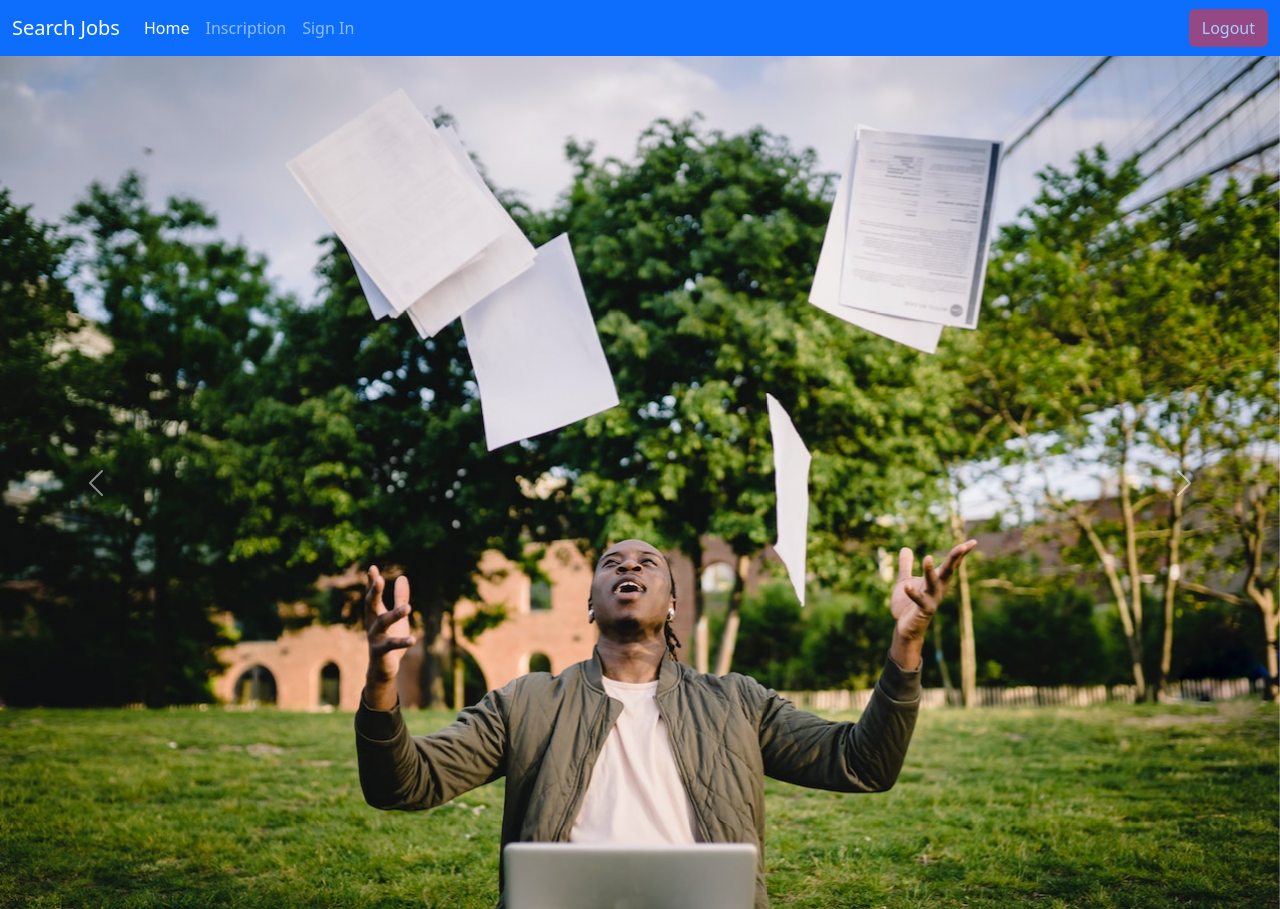
Repository: moAllElite/Examen-EJB-WEB-EAR
Page: http://localhost/SearchJobsWeb/
An editor plug-in stored every save of this project. The page is shown before and after the next save, followed by the edit.
The browser window is 1280 px wide. The pictures show the whole page.
The page is served by Tomcat 9. Nobody is signed in. The application's start-up code is not run.

Above is the page before, as saved 2023-03-21 20:45:46.

After the next save:
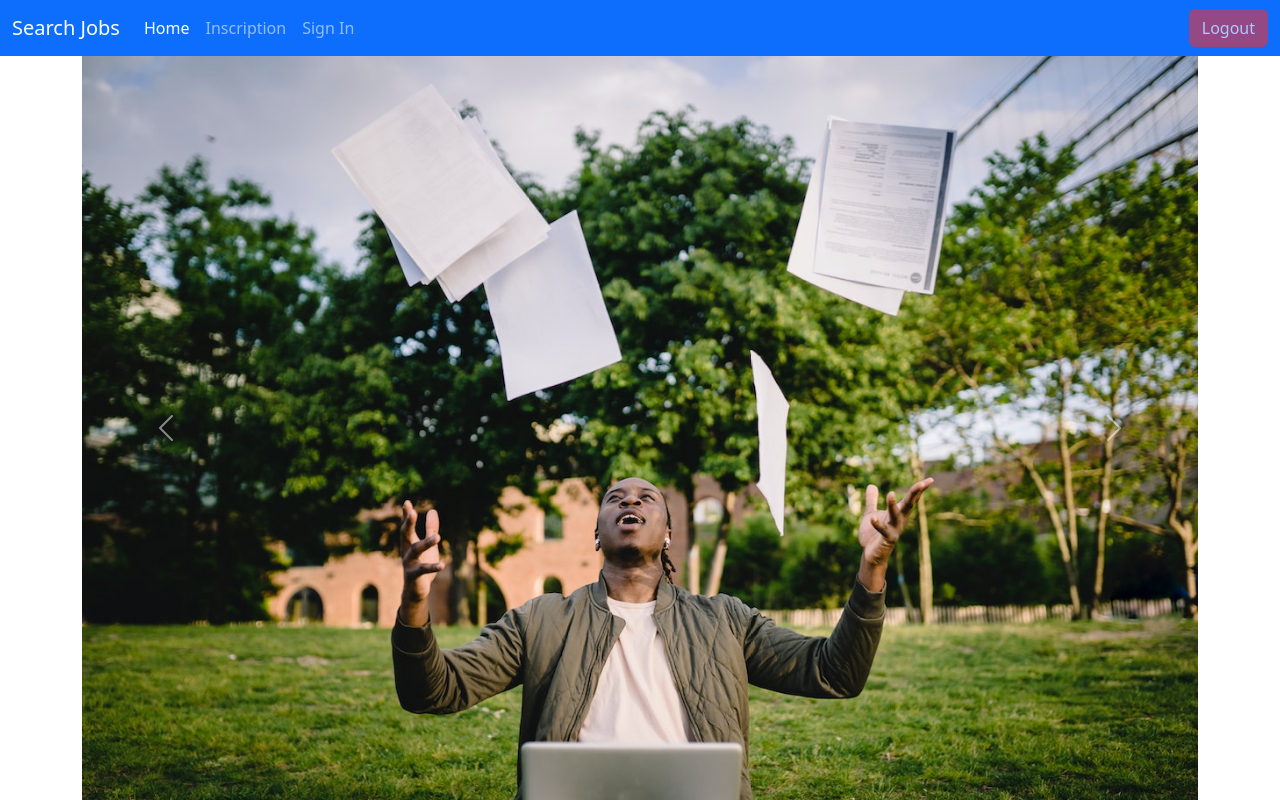
Saved 2 min 17 s later.
--- a/SearchJobsWeb/src/main/webapp/index.jsp
+++ b/SearchJobsWeb/src/main/webapp/index.jsp
@@ -31,27 +31,29 @@
 				    </div>
 				  </div>
 			</nav>
-			<div id="carouselExampleInterval" class="carousel slide" data-bs-ride="carousel">
-			  <div class="carousel-inner">
-			    <div class="carousel-item active" data-bs-interval="10000">
-			      <img src="ressources/images/image3.jpg" class="d-block w-100" alt="...">
-			    </div>
-			    <div class="carousel-item" data-bs-interval="2000">
-			      <img src="ressources/images/image1.jpg" class="d-block w-100" alt="...">
-			    </div>
-			    <div class="carousel-item">
-			      <img src="ressources/images/image2.jpg"jpg" class="d-block w-100" alt="...">
-			    </div>
-			  </div>
-			  <button class="carousel-control-prev" type="button" data-bs-target="#carouselExampleInterval" data-bs-slide="prev">
-			    <span class="carousel-control-prev-icon" aria-hidden="true"></span>
-			    <span class="visually-hidden">Previous</span>
-			  </button>
-			  <button class="carousel-control-next" type="button" data-bs-target="#carouselExampleInterval" data-bs-slide="next">
-			    <span class="carousel-control-next-icon" aria-hidden="true"></span>
-			    <span class="visually-hidden">Next</span>
-			  </button>
-			</div>
+			<div class="container-md">
+				<div id="carouselExampleInterval" class="carousel slide" data-bs-ride="carousel">
+				  <div class="carousel-inner">
+				    <div class="carousel-item active" data-bs-interval="10000">
+				      <img src="ressources/images/image3.jpg" class="d-block w-100" alt="...">
+				    </div>
+				    <div class="carousel-item" data-bs-interval="2000">
+				      <img src="ressources/images/image1.jpg" class="d-block w-100" alt="...">
+				    </div>
+				    <div class="carousel-item">
+				      <img src="ressources/images/image2.jpg"jpg" class="d-block w-100" alt="...">
+				    </div>
+				  </div>
+				  <button class="carousel-control-prev" type="button" data-bs-target="#carouselExampleInterval" data-bs-slide="prev">
+				    <span class="carousel-control-prev-icon" aria-hidden="true"></span>
+				    <span class="visually-hidden">Previous</span>
+				  </button>
+				  <button class="carousel-control-next" type="button" data-bs-target="#carouselExampleInterval" data-bs-slide="next">
+				    <span class="carousel-control-next-icon" aria-hidden="true"></span>
+				    <span class="visually-hidden">Next</span>
+				  </button>
+				</div>
+				</div>
 		<script src="https://cdn.jsdelivr.net/npm/@popperjs/core@2.11.6/dist/umd/popper.min.js" integrity="sha384-oBqDVmMz9ATKxIep9tiCxS/Z9fNfEXiDAYTujMAeBAsjFuCZSmKbSSUnQlmh/jp3" crossorigin="anonymous"></script>
 		<script src="https://cdn.jsdelivr.net/npm/bootstrap@5.3.0-alpha1/dist/js/bootstrap.min.js" integrity="sha384-mQ93GR66B00ZXjt0YO5KlohRA5SY2XofN4zfuZxLkoj1gXtW8ANNCe9d5Y3eG5eD" crossorigin="anonymous"></script>
 
